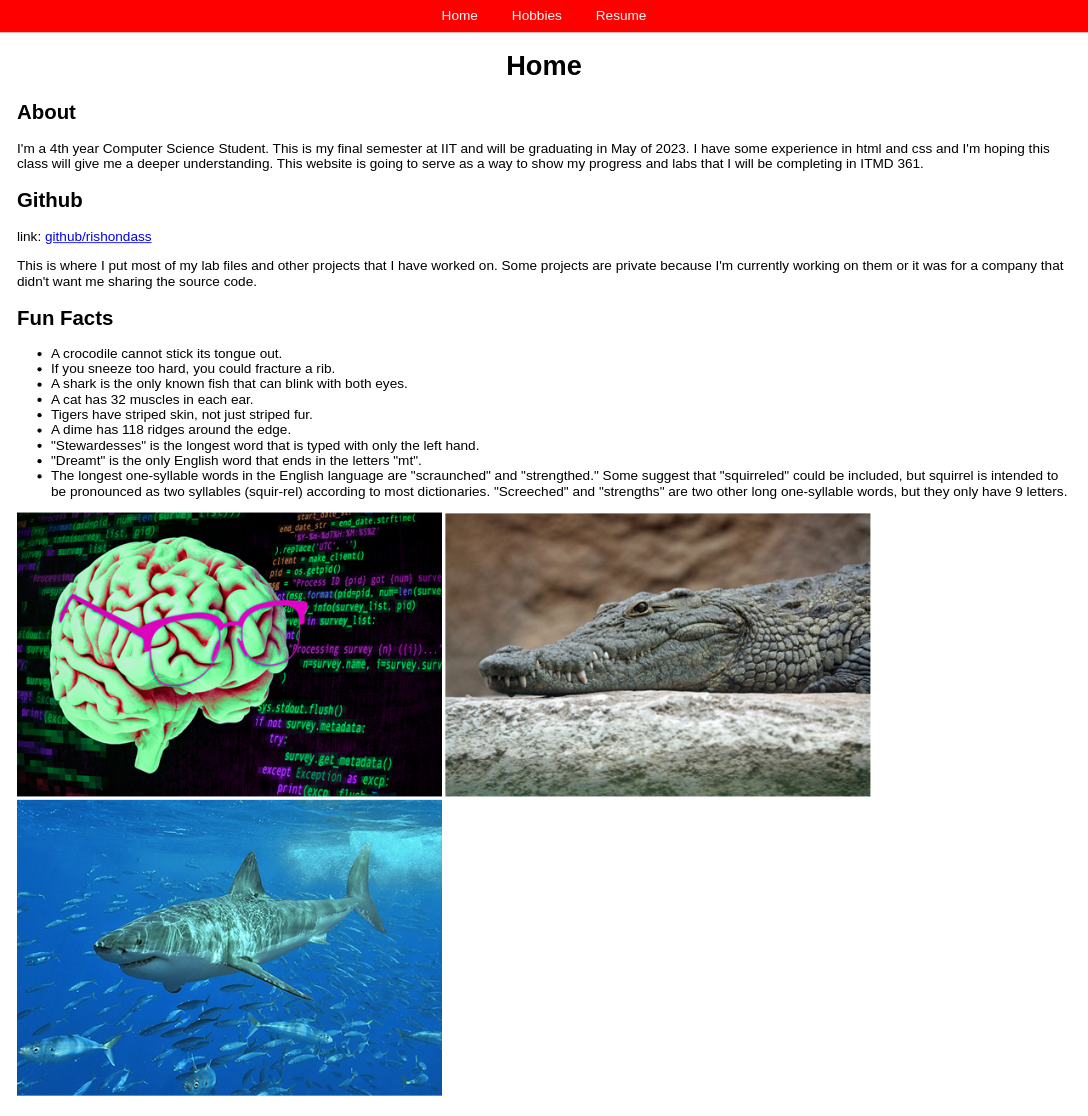
Repository: rishondass/ITMD361-Project2
Page: index.html
These files come from the project's save history. The page is drawn as it stood at one moment and after a run of saves; the edit follows.
The browser window is 1280 px wide. The pictures show the whole page, at 85% of full size.

Above is the page before, as saved 2023-03-07 21:48:28.

### index.html
<!DOCTYPE html>
<html lang="en">
<head>
    <meta charset="UTF-8">
    <meta name="viewport" content="width=device-width, initial-scale=1.0">
    <link rel="stylesheet" href="css/style.css">
    <link rel="stylesheet" href="css/normalize.css">
    <title>Home</title>
</head>
<body>
    <nav id="main-nav">
        <ul>
            <li>
                <a href="index.html">Home</a>
            </li>
            <li>
                <a href="hobbies.html">Hobbies</a>
            </li>
            <li>
                <a href="resume.html">Resume</a>
            </li>
        </ul>
    </nav>
    <div id="hero-section">
        <h1 id="title-Home">
            Home
        </h1>
    </div>
    <div id="main-container">
        <div id="about-section">
            <h2>
                About
            </h2>
            <p>
                I'm a 4th year Computer Science Student. This is my final semester at IIT and will be graduating in May of 2023. I have some experience in html and css and I'm hoping this class will give me a deeper understanding. This website is going to serve as a way to show my progress and labs that I will be completing in ITMD 361.
            </p>
        </div>

        <h2>
            Github
        </h2>
        <p>
            link: <a target="_blank" href="https://www.github.com/rishondass">github/rishondass</a>
        </p>
        <p>
            This is where I put most of my lab files and other projects that I have worked on. Some projects are private because I'm currently working on them or it was for a company that didn't want me sharing the source code.
        </p>
        <h2>
            Fun Facts
        </h2>
        <ul>
            <li>
                A crocodile cannot stick its tongue out.
            </li>
            <li>
                If you sneeze too hard, you could fracture a rib.
            </li>
            <li>
                A shark is the only known fish that can blink with both eyes.
            </li>
            <li>
                A cat has 32 muscles in each ear.
            </li>
            <li>
                Tigers have striped skin, not just striped fur.
            </li>
            <li>
                A dime has 118 ridges around the edge.
            </li>
            <li>
                "Stewardesses" is the longest word that is typed with only the left hand.
            </li>
            <li>
                "Dreamt" is the only English word that ends in the letters "mt".
            </li>
            <li>
                The longest one-syllable words in the English language are "scraunched" and "strengthed." Some suggest that "squirreled" could be included, but squirrel is intended to be pronounced as two syllables (squir-rel) according to most dictionaries. "Screeched" and "strengths" are two other long one-syllable words, but they only have 9 letters.
            </li>
        </ul>
        <img src="images/code.jpg" alt="image_of_code">
        <img src="images/Nile_crocodile_head.jpg" alt="image_of_crocodile">
        <img src="images/White_shark.jpg" alt="image_of_shark">

    </div>
</body>
</html>

### css/style.css
#main-nav{
    background-color: red;
    overflow: hidden;
}

#main-nav ul{
    list-style-type: none;
    padding: 0;
    margin: 0;
    display: flex;
    justify-content: center;
}

#main-nav a{
   display: block;
   padding: 10px 20px;
   text-decoration: none;
   color: white;
}


#main-nav a:hover{
    background-color: rgb(255, 255, 255);
    color:black;
}

#main-container{
    margin: 20px;
}

/*
To be added
#hero-section{
    width: 100%;
    height: 100vh;
    background-color:rgb(15, 92, 207);
} */

#title-Home{
    text-align: center;
}

#about-section{

}

Loaded but not shown: css/normalize.css (library)

After the next 2 saves:
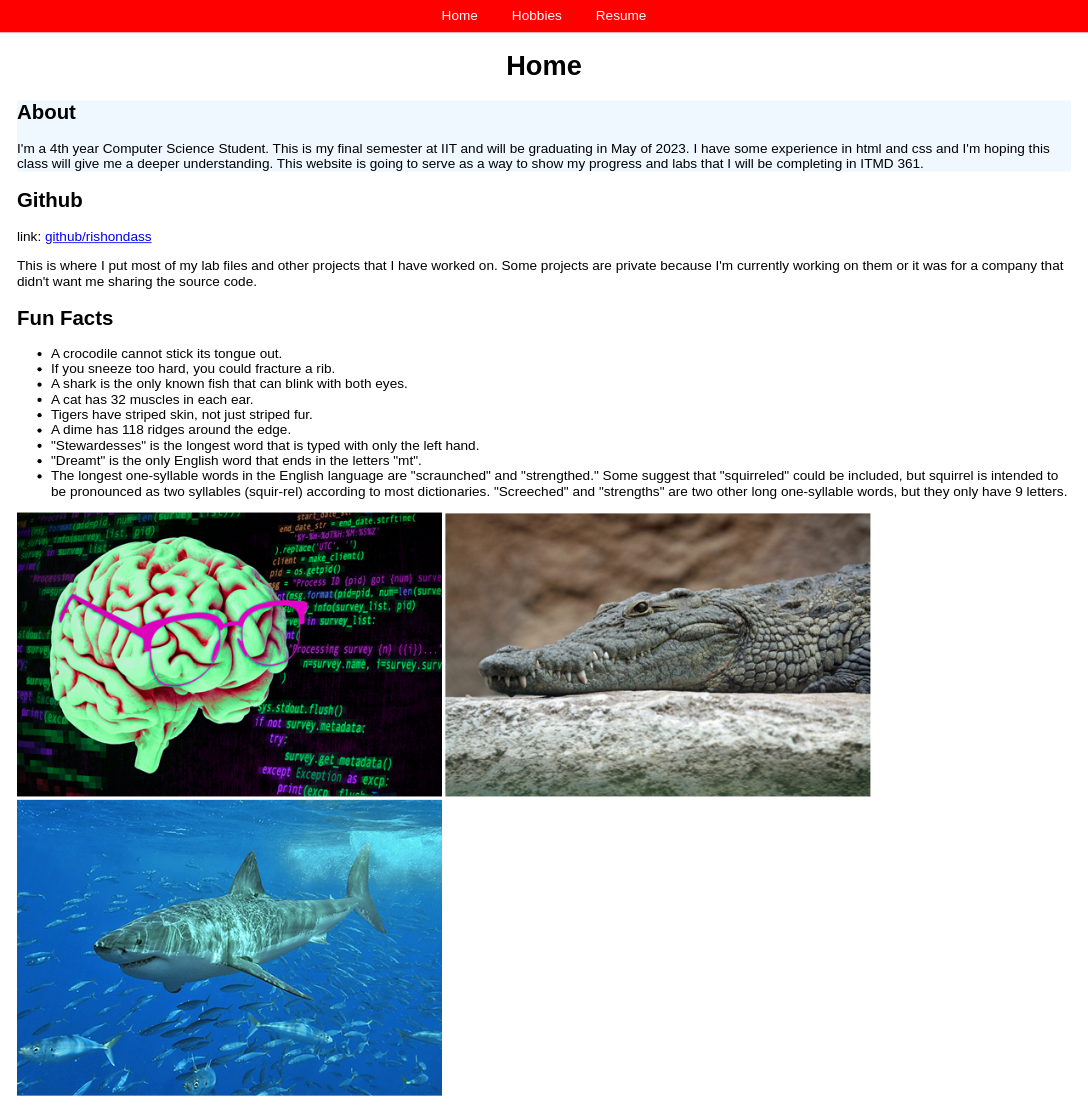
The 2 saves are shown as one change because they came seconds apart.
The last was saved 7 s later.
--- a/css/style.css
+++ b/css/style.css
@@ -41,5 +41,5 @@ To be added
 }
 
 #about-section{
-
+    background-color:aliceblue
 }
